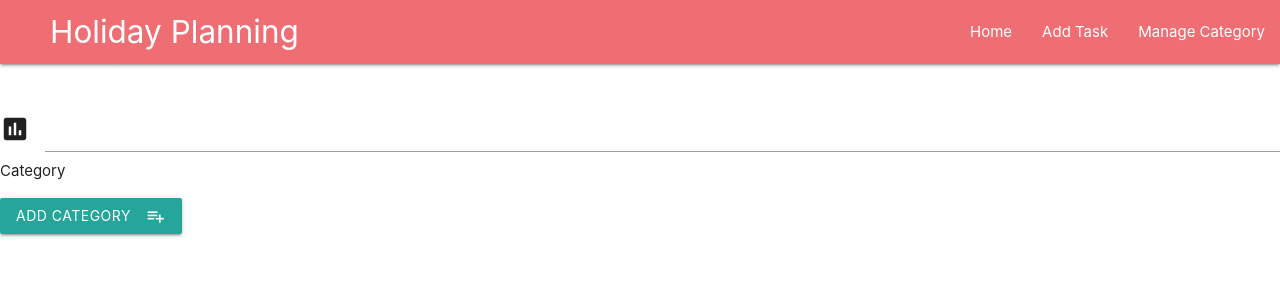
Repository: Code-Institute-Submissions/Project3-Holiday_Planning
Page: templates/addCategory.html
The author's editor kept a record of every edit. The page is drawn from the files as they stood at one moment, then again after the next edit.
The browser window is 1280 px wide. The pictures show the whole page.
Some web libraries are served in a nearby version. The page is served by the project's application, run on Flask 3 (app.py). The template is opened directly, without the code that normally fills it, so the values that code supplies are empty.

Above is the page before.

### templates/addCategory.html
{% extends 'layout.html' %} {% block content %}


<div class="add_category">
    <h5>Add Category</h5>
</div>


<form action ="{{url_for('insert_category')}}" method="POST" class="col s12>

    <div class="row">
        <div class="input-field col s12">
            <i class="material-icons prefix">poll</i>
            <input id = "category_name" name="category_name" type="text" class="validate"
            <label for="category_name">Category</label>
        </div>
    </div>

    <div class="row">
        <button class="waves-effect waves-light btn" type="submit" name="action">Add Category<i class="material-icons right">playlist_add</i></button>
    </div>

</form>
{% endblock%}

### templates/layout.html
<!DOCTYPE html>
<html>

<head>
        <link href="https://fonts.googleapis.com/icon?family=Material+Icons" rel="stylesheet">
        <link rel="stylesheet" href="https://cdnjs.cloudflare.com/ajax/libs/materialize/1.0.0/css/materialize.min.css">
        <link rel="stylesheet" href="{{url_for('static', filename='css/style.css')}}" type="text/css"/>
</head>


<body>
    <header>
        <nav>
            <div class="nav-wrapper">
                <a href="{{url_for('get_tasks')}}" class="brand-logo">Holiday Planning</a>
                <a href="#" data-activates="mobile-demo" class="sidenav-trigger"><i class="material-icons">menu</i></a>

                <ul id="nav-mobile" class="right hide-on-med-and-down">
                    <li><a href="{{url_for('get_tasks')}}">Home</a></li>
                    <li><a href="{{url_for('add_task')}}">Add Task</a></li>
                    <li><a href="{{url_for('get_category')}}">Manage Category</a></li>
                </ul>

                <!--extended hamburger navbar added for mobile-->
                <ul class="sidenav" id="mobile-demo">

                    <li><a href="{{url_for('get_tasks')}}">Home</a></li>
                    <li><a href="{{url_for('add_task')}}">Add Task</a></li>
                    <li><a href="{{url_for('get_category')}}">Manage Category</a></li>
                </ul>
            </div>
        </nav>
    </header>

    <div>
        {% block content %} {% endblock %}
    </div>


    <!--<script src="https://cdnjs.cloudflare.com/ajax/libs/jquery/3.4.1/jquery.min.js"></script>-->
   <script <script type="text/javascript" src="https://code.jquery.com/jquery-2.1.1.min.js"></script>
    <script src="https://cdnjs.cloudflare.com/ajax/libs/materialize/1.0.0/js/materialize.min.js"></script>

    <!--to perform the collapsible, datepicker and select option function-->
    <script type="text/javascript">
        $(document).ready(function(){
            $('.collapsible').collapsible();
            $('.datepicker').datepicker({
                format:'dd/mm/yyyy'
            });
            $('select').formSelect();
            $('.sidenav').sidenav();

        });

        // $('.datepicker').pickadate({
        //     selectMonths: true, // Creates a dropdown to control month
        //     selectYears: 15, // Creates a dropdown of 15 years to control year,
        //     today: 'Today',
        //     clear: 'Clear',
        //     close: 'Ok',
        //     closeOnSelect: false // Close upon selecting a date,
        // });

        </script>


        {%block extra_js%}{%endblock%}
</body>

</html>

### app.py
import os
from flask import Flask, render_template, redirect, request, url_for
from flask_pymongo import PyMongo
from bson.objectid import ObjectId


app = Flask(__name__)
app.config["MONGO_DBNAME"] = 'holiday_planning'
app.config["MONGO_URI"] = 'mongodb+srv://root:es1234@cluster0-dio8w.mongodb.net/holiday_planning?retryWrites=true&w=majority'
mongo = PyMongo(app)


# Function to display landing page
@app.route('/')
def index():
    return render_template("tasks.html", tasks=mongo.db.tasks.find())


# T1 - Fetch data in mongodb pass it back to tasks.html
@app.route('/get_tasks')
def get_tasks():
    tasks=mongo.db.tasks.find()
    print(tasks)
    return render_template("tasks.html",
                           tasks=tasks)



# T2 & T3 - After add_task, must follow by insert_task
@app.route('/add_task')
def add_task():
    return render_template('addTask.html',
                            category=mongo.db.category.find())


@app.route('/insert_task', methods=['POST'])
def insert_task():
    tasks = mongo.db.tasks
    tasks.insert_one(request.form.to_dict())
    return redirect(url_for('get_tasks'))



# T4 & T5 - After edit_task, must follow by update_task
@app.route('/edit_task/<task_id>')
def edit_task(task_id):
    the_task =  mongo.db.tasks.find_one({"_id": ObjectId(task_id)})
    all_category =  mongo.db.category.find()
    return render_template('editTask.html', task=the_task,
                           category=all_category)


@app.route('/update_task/<task_id>', methods=["POST"])
def update_task(task_id):
    tasks = mongo.db.tasks
    tasks.update( {'_id': ObjectId(task_id)},
    {
        'category_name':request.form.get('category_name'),
        'task_name':request.form.get('task_name'),
        'task_description': request.form.get('task_description'),
        'person_in-charge': request.form.get('person_in-charge'),
        'website': request.form.get('website'),
        'due_date': request.form.get('due_date'),
        'is_urgent':request.form.get('is_urgent')
    })
    return redirect(url_for('get_tasks'))


# T6 - Delete task from the get_tasks page
@app.route('/delete_task/<task_id>')
def delete_task(task_id):
    mongo.db.tasks.remove({'_id': ObjectId(task_id)})
    return redirect(url_for('get_tasks'))



# CATEGORY

# C1 - Function to fetch all our data in mongodb pass it back to category.html
@app.route('/get_category')
def get_category():
    return render_template("category.html",
                            category=mongo.db.category.find())



# C2 & C3 - After add_category, must follow by insert_category
@app.route('/add_category')
def add_category():
    return render_template('addCategory.html')


@app.route('/insert_category', methods=['POST'])
def insert_category():
    category_doc = {'category_name': request.form.get('category_name')}
    mongo.db.category.insert_one(category_doc)
    return redirect(url_for('get_category'))



# C4 & C5 - After edit_category, must follow by update_category
@app.route('/edit_category/<category_id>')
def edit_category(category_id):
    return render_template('editCategory.html',
    category=mongo.db.category.find_one({'_id': ObjectId(category_id)}))


@app.route('/update_category/<category_id>', methods=['POST'])
def update_category(category_id):
    mongo.db.category.update(
        {'_id': ObjectId(category_id)},
        {'category_name': request.form.get('category_name')})
    return redirect(url_for('get_category'))



# C6 - Delete category from the Manage Category page
@app.route('/delete_category/<category_id>')
def delete_category(category_id):
    mongo.db.category.remove({'_id': ObjectId(category_id)})
    return redirect(url_for('get_category'))



# Boiler plate - must include at the end of app.py
if __name__ == '__main__':
    app.run(host=os.environ.get('IP'),
            port=int(os.environ.get('PORT')),
            debug=True)

### static/css/style.css
/*tasks.html*/

.all_task_navi{
    margin-bottom: 0px;
}


.allTask,
.addTask,
.category{
    /*color: white;*/
    height:50px;
    background-color: #f5a3a7;
    vertical-align: baseline;
    padding-top: 10px;
    margin-bottom: 0px;
    padding-bottom: 50px;
}



/*category*/
.ul_style {
   margin: 0px;
}


.btn_small {
    height: 24px;
    width: 60px;
    line-height: 24px;
    margin: 5px 100px;
    padding: 0px 100px;
}


/*Add Task Page*/
.submit_btn{
    margin-left: 200px;
}




.divider{
    width:10px;
    border:none;

}


.task_name{
   padding: 50px 0px 0px 0px;
}


.nav-wrapper,
h5{
    margin: 0px;
    padding:0px 0px 0px 50px;
    color: white;
}

After the next edit:
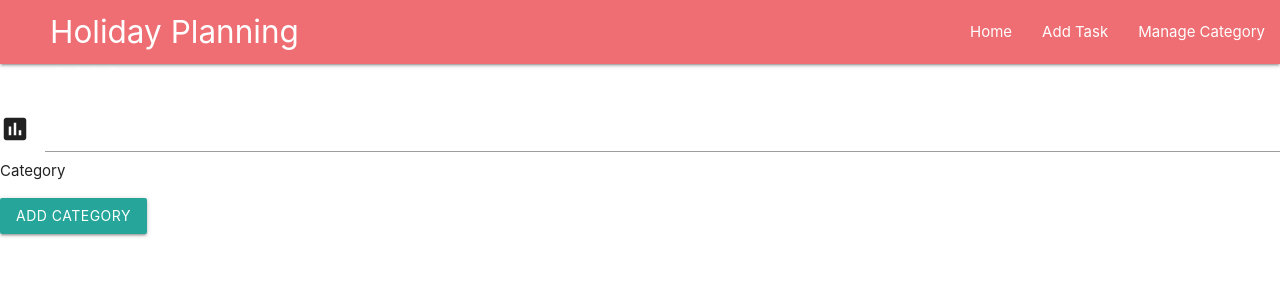
The edit:
--- a/templates/addCategory.html
+++ b/templates/addCategory.html
@@ -17,7 +17,7 @@
     </div>
 
     <div class="row">
-        <button class="waves-effect waves-light btn" type="submit" name="action">Add Category<i class="material-icons right">playlist_add</i></button>
+        <button class="waves-effect waves-light btn" type="submit" name="action">Add Category</button>
     </div>
 
 </form>
